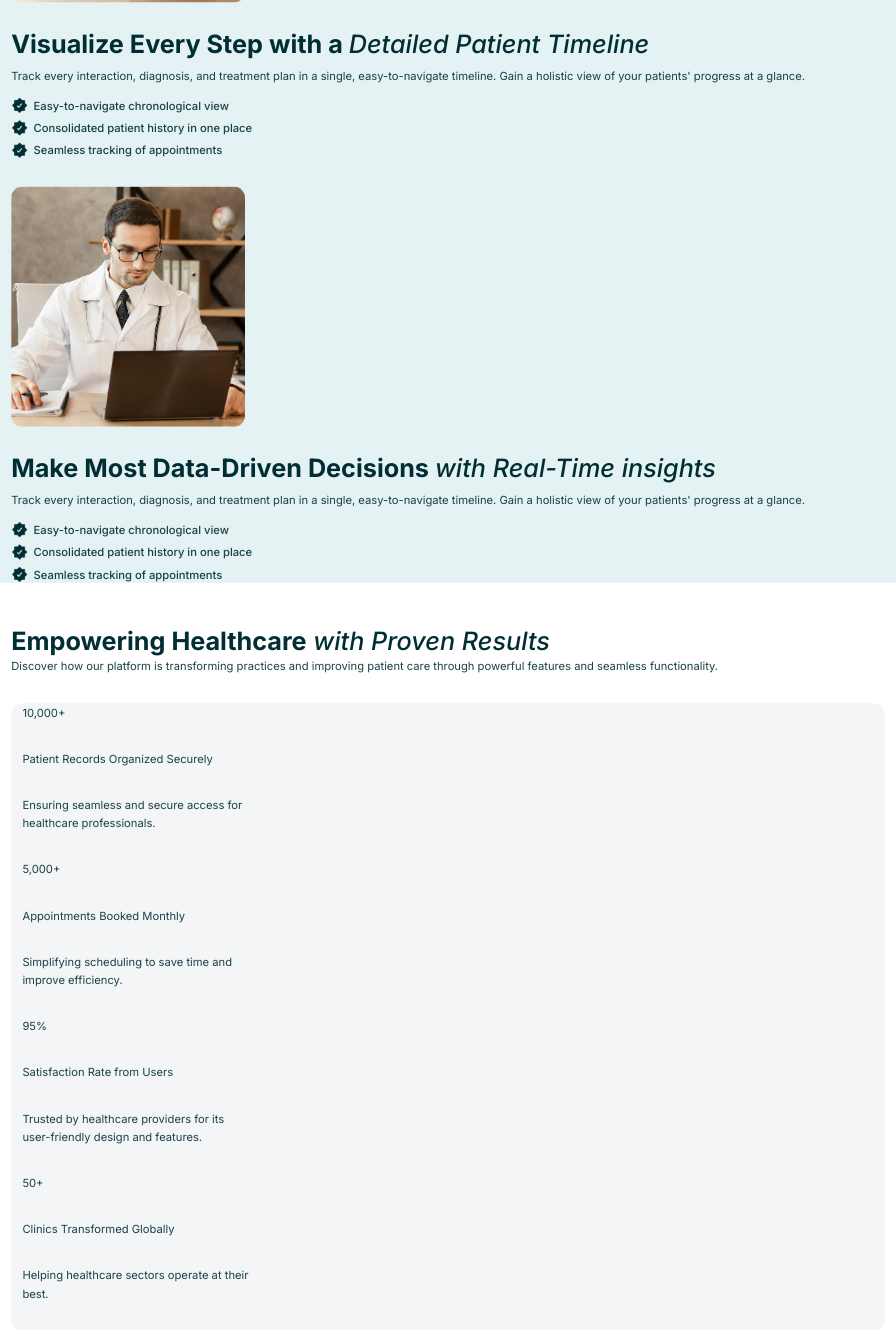
Repository: DiegoWWeege/recuperacao-prova-front-end
Page: index.html
The author's editor kept a copy of each file at every save. The page is drawn from the files as they stood at one save, then again after a run of saves.
The browser window is 1280 px wide. The pictures show the part of the page from y = 1932 to 3852 px (the page is 3832 px tall before and 3852 px after), at 70% of full size.

Above is the page before, as saved 2026-06-22 18:51:37.

### index.html
<!DOCTYPE html>
<html lang="pt-br">
<head>
    <meta charset="UTF-8">
    <meta name="viewport" content="width=device-width, initial-scale=1.0">
    <title>ERTIFY HEALTH</title>
    <link rel="stylesheet" href="style.css">
</head>
<body>

    <!--Cabeçalho da Lading Page-->

    <header>
        <img src="images/logo.png" alt="Ertify Health logo">

        <section>
        <button aria-label = "Get Started" class = "get-started-button">Get Started</button>

            <img src="icons/burguer-menu.png" alt="Burguer menu">
        </section>
    </header>

    <!--Conteúdo principal da Lading Page-->
    <main class = "hero-section">

        <section>
            <h1>Simple & Secure Patient <span>Management</span></h1>
            <!-- Foi dado um espaço na palavra &amp, pois quando junta apresentava erro no html!-->
            <p>CERTIFY’s platform automates intake & amp; check-in processes
            so you can put the focus back on delivering quality care.</p>
        </section>

        <section id = "buttons-section">
            <button  aria-label = "Get Started" class = "get-started-button">Get Started</button>
            <button aria-label = "Play demo" class = "play-demo-button">Play Demo</button>
        </section>

        <img src="images/three-doctors.png" alt="Three doctors">
    </main>



    <section class = "section-patient-journey">
        <h2>Get a Proper Visualisation on <span>Patient Jouney</span></h2>

        <p>Understand and  manage your patients' healthcare journeys with
            clarity and precision. Our platform offers tools that provide
            actionable insights at every stage.</p>


        <section class = "image-text-benefits">

            <img src="images/doctor-xray.png" alt="A doctor sitting in his desk looking at an x-ray">

            <h2>Visualize Every Step with a <span>Detailed Patient Timeline</span></h2>

            <p>Track every interaction, diagnosis, and treatment
                plan in a single, easy-to-navigate
                timeline. Gain a holistic view of your patients'
                progress at a glance.</p>

            <section class = "benefits-grid">

                <img src="icons/checkmark-badge-02.png" alt="">
                <p class = "benefit">Easy-to-navigate chronological view</p>

                <img src="icons/checkmark-badge-02.png" alt="">
                <p class = "benefit">Consolidated patient history in one place</p>

                <img src="icons/checkmark-badge-02.png" alt="">
                <p class = "benefit">Seamless tracking of appointments</p>

            </section>

        </section>

        <section class = "image-text-benefits">

            <img src="images/doctor-laptop.png" alt="A doctor sitting in his desk looking at an x-ray">

            <h2>Make Most Data-Driven Decisions <span>with Real-Time insights</span></h2>

            <p>Track every interaction, diagnosis, and treatment
                plan in a single, easy-to-navigate
                timeline. Gain a holistic view of your patients'
                progress at a glance.</p>

            <section class = "benefits-grid">

                <img src="icons/checkmark-badge-02.png" alt="">
                <p class = "benefit">Easy-to-navigate chronological view</p>

                <img src="icons/checkmark-badge-02.png" alt="">
                <p class = "benefit">Consolidated patient history in one place</p>

                <img src="icons/checkmark-badge-02.png" alt="">
                <p class = "benefit">Seamless tracking of appointments</p>

            </section>

        </section>

    </section>

    <section class = "section-empowering-healthcare">
        <h2>Empowering Healthcare<span> with Proven Results</span></h2>

        <p>Discover how our platform is transforming practices and improving
            patient care through powerful features and seamless functionality.</p>

        <section class = "boxes-grid">
            <section class = "first-box">
                <p>10,000+</p>
                <p>Patient Records Organized Securely</p>

                <p>Ensuring seamless and secure access for healthcare professionals.</p>
            </section>

            <section class = "second-box">
                <p>5,000+</p>
                <p>Appointments Booked Monthly</p>

                <p>Simplifying scheduling to save time and improve efficiency.</p>
            </section>

            <section class = "third-box">
                <p>95%</p>
                <p>Satisfaction Rate from Users</p>

                <p>Trusted by healthcare providers for its user-friendly design and features.</p>
            </section>

            <section class = "fourth-box">
                <p>50+</p>
                <p>Clinics Transformed Globally</p>

                <p>Helping healthcare sectors operate at their best.</p>
            </section>
        </section>

    </section>
</body>
</html>

### style.css
@import url('https://fonts.googleapis.com/css2?family=Inter:ital,opsz,wght@0,14..32,100..900;1,14..32,100..900&family=Roboto:ital,wght@0,100..900;1,100..900&display=swap');

*{
    margin: 0px;
    padding: 0px;
    font-family: 'Inter', sans-serif;
}

img{
    object-fit: cover;
}

header{
    background-color: #012E33;
    width: 100vw;
    border-bottom: 1px solid #1A4347;
    display: grid;
    grid-template-columns: 1fr auto;
    align-items: center;
    padding: 1rem;
    box-sizing: border-box;
}

.get-started-button{
    background-color: #0EB770;
    color: white;
    font-size: 1rem;
    font-weight: 500;
    border-radius: 100px;
    height: 2.5rem;
    width: 8.063rem;
    border-style: none;
    justify-self: end;

}

header section{
    display: grid;
    grid-template-columns:auto auto;
    align-items: center;
    gap: 1rem;
}

.hero-section{
    background-color: #012E33;
    padding-top: 4.313rem;
    box-sizing: border-box;
}

.hero-section h1{
    font-family: "Inter" , sans-serif;
    font-size: 2.75rem;
    font-weight: 700;
    color: white;
    margin-bottom: 0.75rem;
    margin-left: 1.375rem;
    margin-right: 0.625rem;

}

.hero-section span{
    font-weight: 400;
    font-family: "Inter" , sans-serif;
    font-style: italic;
}

.hero-section p{
    color: rgba(255, 255, 255, 0.904);
    line-height: 1.625rem;
    margin-bottom: 4.313rem;
    margin-left: 1.375rem;
    margin-right: 0.625rem;
}

.hero-section #buttons-section button{
    width: 21.438rem;
    height: 3.5rem;
    margin-left: 1.375rem;
    margin-right: 0.625rem;
}

.hero-section #buttons-section .get-started-button{
    margin-bottom: 1rem;
}

.hero-section #buttons-section .play-demo-button{
    border: 1px solid #044046;
    border-radius: 100px;
    background: none;
    color: white;
    align-items: center;
    font-weight: 500;
    font-size: 16px;
}

.hero-section img{
    width: 100vw;
    margin-top: 2rem;
}

.section-patient-journey{
    background-color: #E4F2F3;
    padding-left: 1rem;
    padding-right: 1rem;
    padding-top: 3.75rem;
}

.section-patient-journey h2{
    font-family: "Inter" , sans-serif;
    font-weight: 700;
    font-size: 36px;
    line-height: 46px;
    color: #012E33;
    text-align: center;
}

.section-patient-journey span{
    font-weight: 500;
    font-style: italic;
}

.section-patient-journey p{
    color: #012e33e7;
    font-weight: 400;
    text-align: center;
    margin-top: 0.75rem;
}

.section-patient-journey img{
    height: 21.438rem;
    width: 20.875rem;
    border-radius: 1rem;
    margin-top: 2.5rem;
    margin-bottom: 2rem;
}

.section-patient-journey .image-text-benefits h2{
    text-align: start;
}

.section-patient-journey .image-text-benefits p{
    text-align:  start;
}

.image-text-benefits .benefits-grid{
    display: grid;
    grid-template-columns: auto 1fr;
    gap: 0.5rem;
    margin-top: 1.313rem;

}

.image-text-benefits .benefits-grid img{
    width: 1.5rem;
    height: 1.5rem;
    margin: 0px;

}

.image-text-benefits .benefits-grid p{
    margin: 0px;
    align-self: center;
    font-weight: 500;
}

.section-empowering-healthcare h2{
    margin-top: 3.75rem;
    margin-left: 1rem;
    margin-bottom: 0,75rem;
    font-family: "Inter" , sans-serif;
    font-weight: 700;
    line-height: 46px;
    font-size: 36px;
    color: #012E33;
}

.section-empowering-healthcare span {
    font-weight: 500;
    font-style: italic;
}

.section-empowering-healthcare p{
    margin-left: 1rem;
    font-family: "Inter" , sans-serif;
    font-weight: 400;
    font-size: 16px;
    line-height: 26px;
    color: #012E33E5;
    margin-bottom: 2.5rem;

}
.section-empowering-healthcare .boxes-grid{
    display: grid;
    grid-template-columns: 21.438rem;
    background-color: #F3F5F7;
    border-radius: 16px;
    margin-left: 1rem;
    margin-right: 1rem;


}

After the next 4 saves:
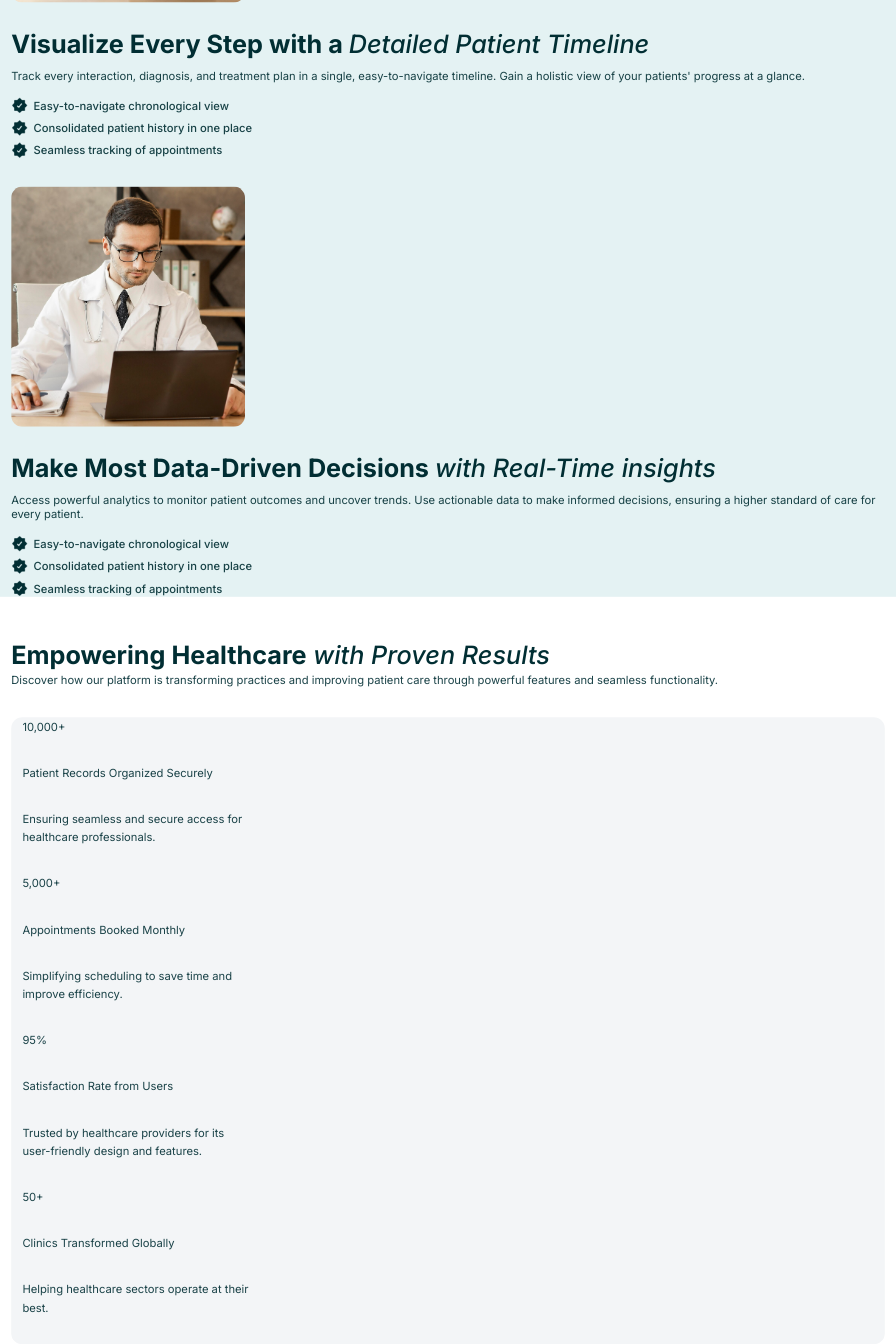
The 4 saves are shown as one change because they came seconds apart.
The last was saved 11 s later.
--- a/index.html
+++ b/index.html
@@ -80,10 +80,10 @@
 
             <h2>Make Most Data-Driven Decisions <span>with Real-Time insights</span></h2>
 
-            <p>Track every interaction, diagnosis, and treatment
-                plan in a single, easy-to-navigate
-                timeline. Gain a holistic view of your patients'
-                progress at a glance.</p>
+            <p>Access powerful analytics to monitor patient outcomes
+                and uncover trends. Use actionable data
+                 to make informed decisions, ensuring a higher standard
+                 of care for every patient.</p>
 
             <section class = "benefits-grid">
 
